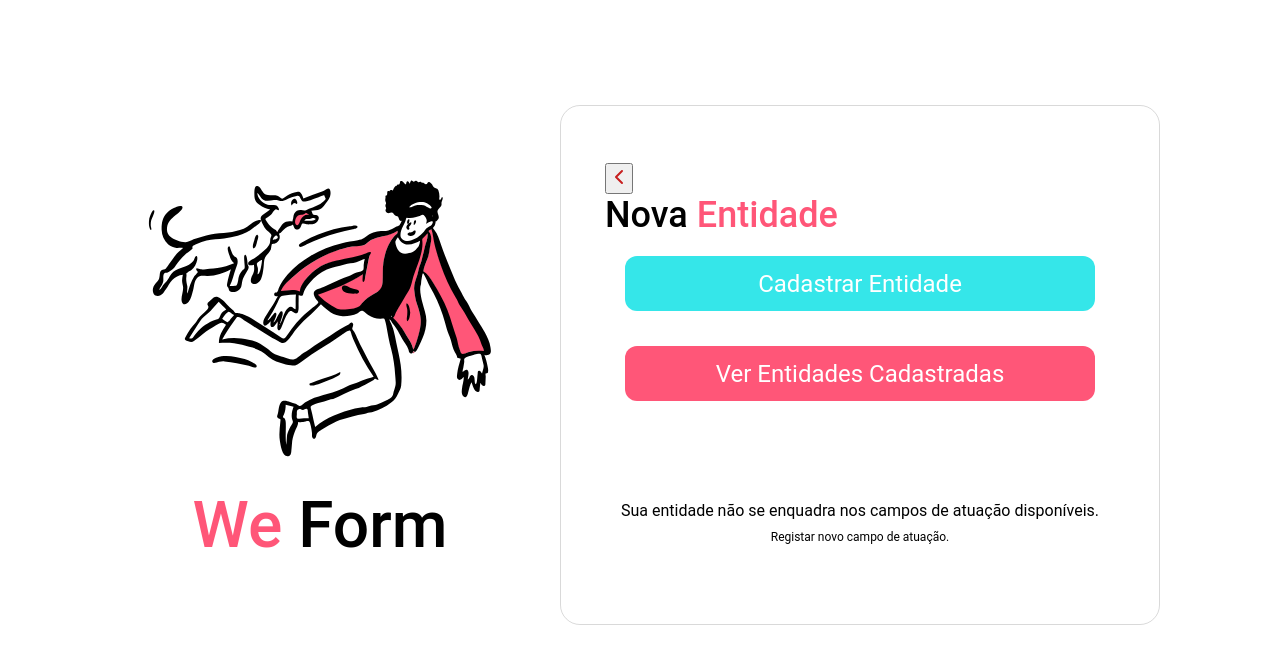
Repository: guilhermecardoso93/we-form
Page: nova-entidade.html
These files come from the project's save history. The page is drawn as it stood at one moment and after the next save; the edit follows.
The browser window is 1280 px wide. The pictures show the whole page.
Some web libraries are served in a nearby version.

Above is the page before, as saved 2024-06-09 17:57:43.

### nova-entidade.html
<!DOCTYPE html>
<html lang="pt-BR">

<head>
    <meta charset="UTF-8">
    <meta name="viewport" content="width=device-width, initial-scale=1.0">
    <link rel="stylesheet" href="https://cdnjs.cloudflare.com/ajax/libs/font-awesome/5.13.1/css/all.min.css">
    <link rel="stylesheet" href="./styles.css">
    <title>We Form</title>
</head>

<body>
    <div class="content">

        <aside>
            <img src="./assets/hero.svg" alt="Ilustração mulher com cachorro" />
            <h1>
                <span>We</span> Form
            </h1>
        </aside>

        <main>
            <button>
                <img src="./assets/arrow-back.svg" alt="seta" />
            </button>
            <h2>Nova <span>Entidade</span></h2>
            <div class="buttons">
                <button>
                <a href="http://">Cadastrar Entidade</a>
            </button>
                <button>
                <a href="http://">Ver Entidades Cadastradas</a>
            </button>
            </div>
            <div class="footer">
                <p>Sua entidade não se enquadra nos campos de atuação disponíveis.</p>
                <a href="http://">Registar novo campo de atuação.</a>
            </div>
        </main>
    </div>
</body>

</html>

### styles.css
* {
  padding: 0;
  margin: 0;
  box-sizing: border-box;
  font-family: Roboto, sans-serif;
}

:root {
  font-size: 62.5%;
}

body {
  font-size: 1.6rem;
  text-decoration: none;
}

.content {
 display: flex;
 flex-wrap: wrap-reverse;
 align-items: center;
 justify-content:center;
 gap: 4rem;
 margin: 10.5rem 0 4rem 0;
}


aside {
  display: flex;
  flex-direction: column;
  align-items: center;
  justify-content: center;
  gap: 2rem;
}

aside h1 {
  font-size: 6.4rem;
  font-weight: 500;
  line-height: 75px;
}

aside h1>span, main h2>span {
  color: #FF5678;
}

aside img {
  width: 40rem;
}


main {
  width: 60rem;
  height: 52rem;
  border: 1px solid rgba(0, 0, 0, 0.15);
  border-radius: 20px;
  padding: 5.7rem 4.4rem;
}

main h2 {
  max-width: 43rem;
  font-size: 3.6rem;
  font-weight: 500;
}

.buttons {
  display: flex;
  flex-direction: column;
  justify-content: center;
  gap: 3.5rem;
  margin: 2rem;
}


.buttons button {
  background-color: #35e6e9;
  height: 5.5rem;
  border: none;
  border-radius: 12px;
}

.buttons button:hover {
  opacity: 0.5;
}

.buttons button a {
  text-decoration: none;
  color: #fff;
  font-size: 2.4rem;
}

.buttons button+button {
  background-color: #FF5678;
}

.footer {
  display: flex;
  flex-direction: column;
  align-items: center;
  justify-content: center;
  gap: 1rem;
}

.footer p {
  font-size: 1.6rem;
  margin-top: 8rem;
}

.footer a {
  font-size: 1.2rem;
  color: #000;
  text-decoration: none;
}

### assets/arrow-back.svg
<svg xmlns="http://www.w3.org/2000/svg" width="24" height="24" viewBox="0 0 24 24" fill="none" stroke="#c71f1f" stroke-width="2" stroke-linecap="round" stroke-linejoin="round" class="lucide lucide-chevron-left"><path d="m15 18-6-6 6-6"/></svg>

After the next save:
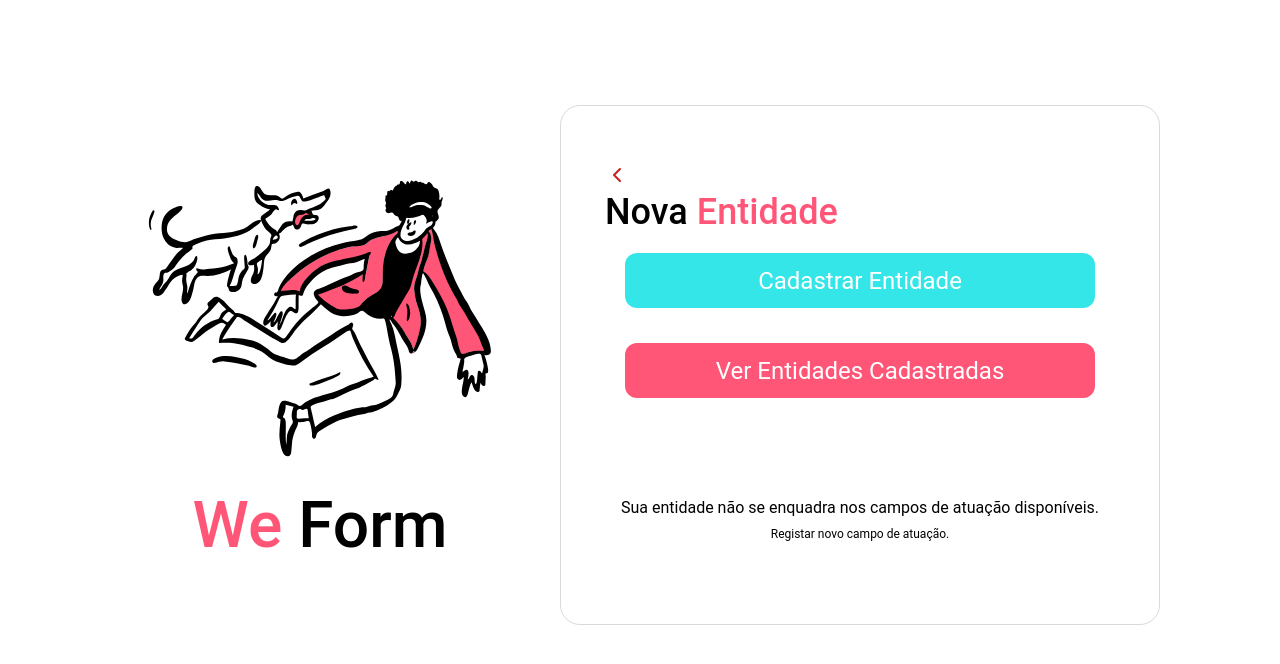
Saved 12 s later.
--- a/nova-entidade.html
+++ b/nova-entidade.html
@@ -20,9 +20,9 @@
         </aside>
 
         <main>
-            <button>
+            <a href="/">
                 <img src="./assets/arrow-back.svg" alt="seta" />
-            </button>
+            </a href="/">
             <h2>Nova <span>Entidade</span></h2>
             <div class="buttons">
                 <button>
